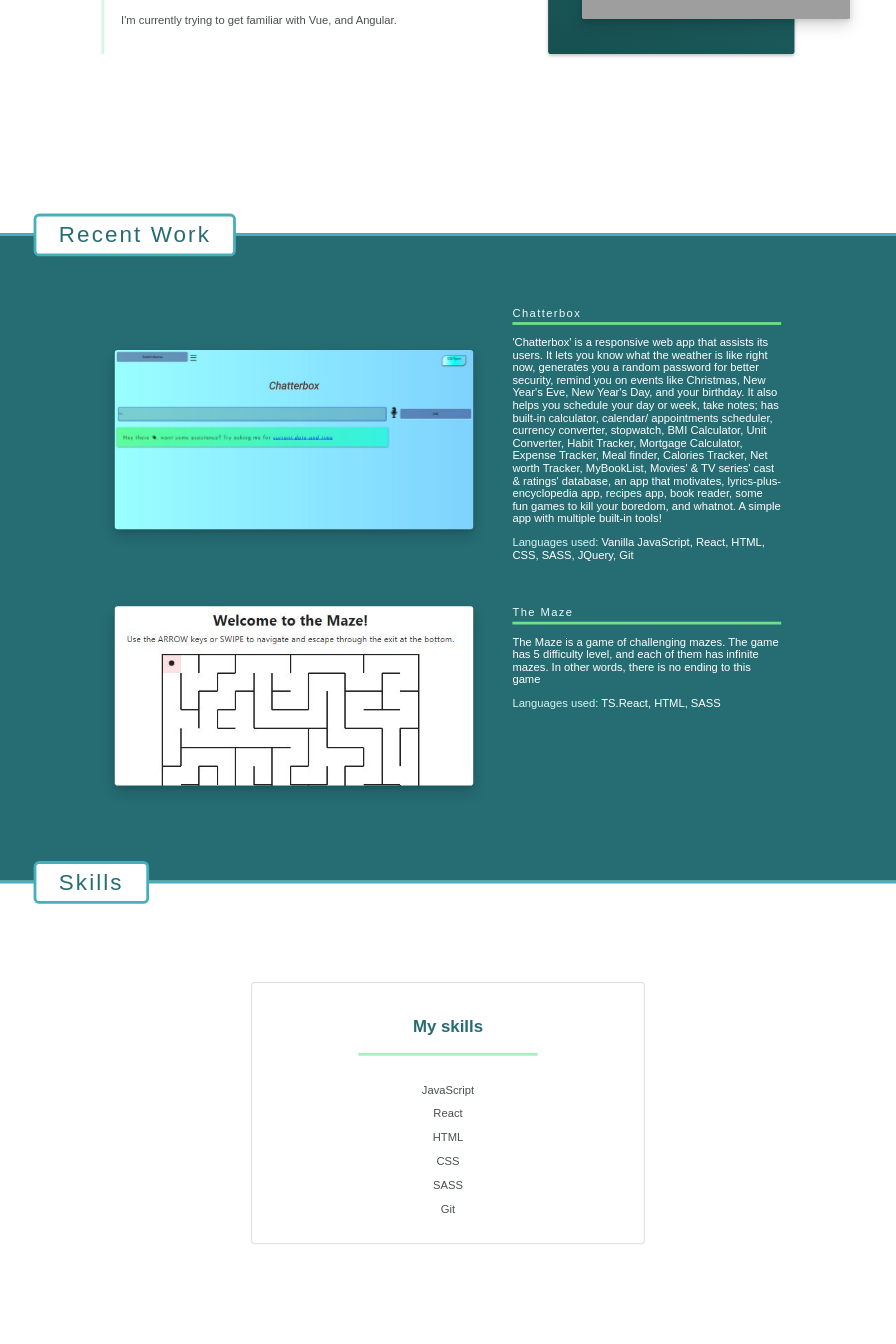
Repository: Abbaskhurram255/port
Page: /
These files come from the project's save history. The page is drawn as it stood at one moment and after the next save; the edit follows.
The browser window is 1280 px wide. The pictures show the part of the page from y = 533 to 2453 px (the page is 2782 px tall), at 70% of full size.
Pictures or frames that could not be fetched are drawn as grey boxes. The page's requests for data from a server got no answer. Some web fonts or font styles are not loaded; a fallback is used. Some web libraries are served in a nearby version. The project was rebuilt for these pictures with package versions that can differ from the ones it lists, and the page was loaded fresh each time. No one was signed in, and anything a server would have sent is missing.

Above is the page before, as saved 2020-12-03 23:20:20.

After the next save:
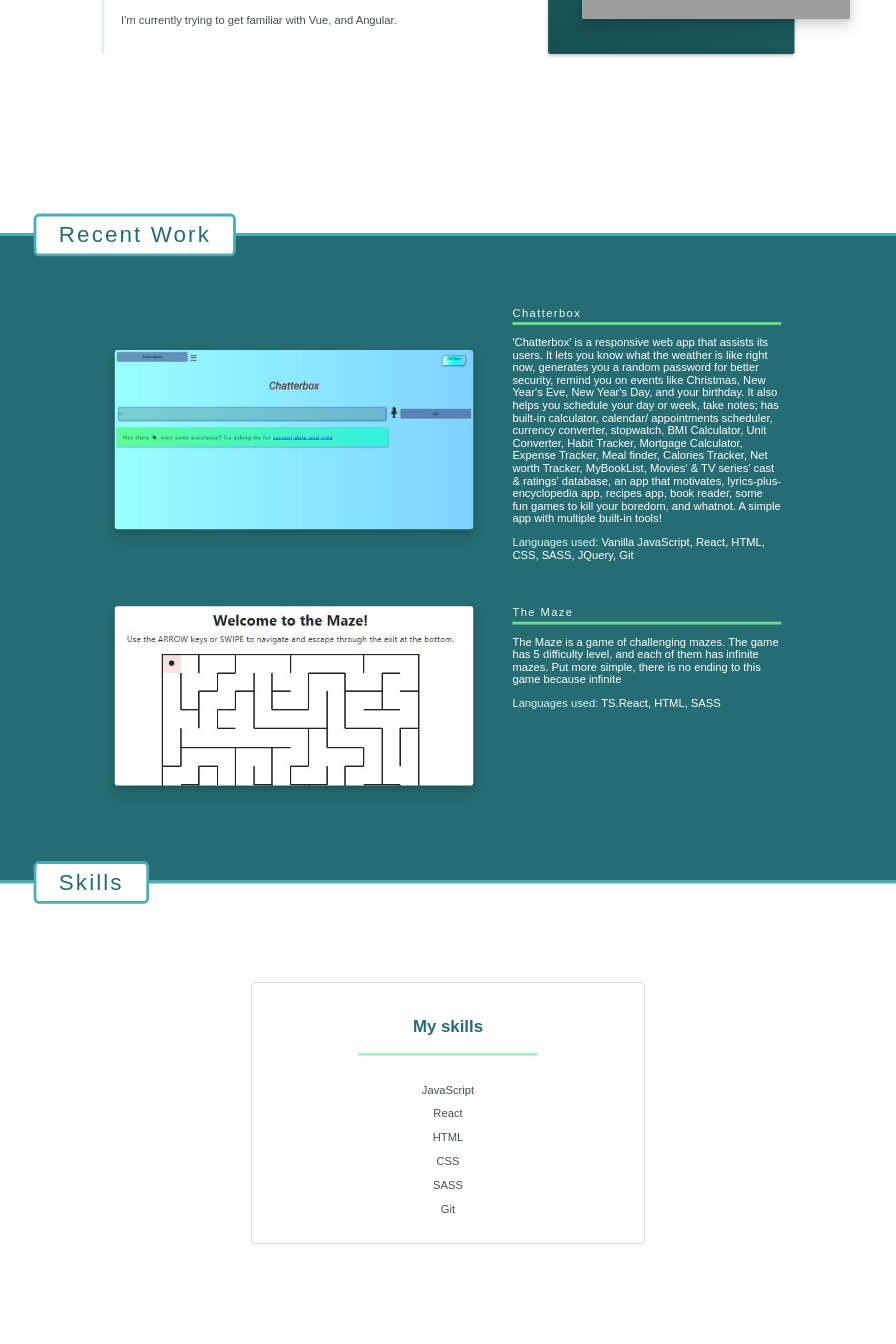
Saved 24 s later.
--- a/src/utils/data.ts
+++ b/src/utils/data.ts
@@ -20,7 +20,7 @@
   },
   {
     description:
-      "The Maze is a game of challenging mazes. The game has 5 difficulty level, and each of them has infinite mazes. In other words, there is no ending to this game",
+      "The Maze is a game of challenging mazes. The game has 5 difficulty level, and each of them has infinite mazes. Put more simple, there is no ending to this game because infinite ",
     image: "maze",
     name: "The Maze",
     sourceCode: "https://github.com/Abbaskhurram255/maze/",
